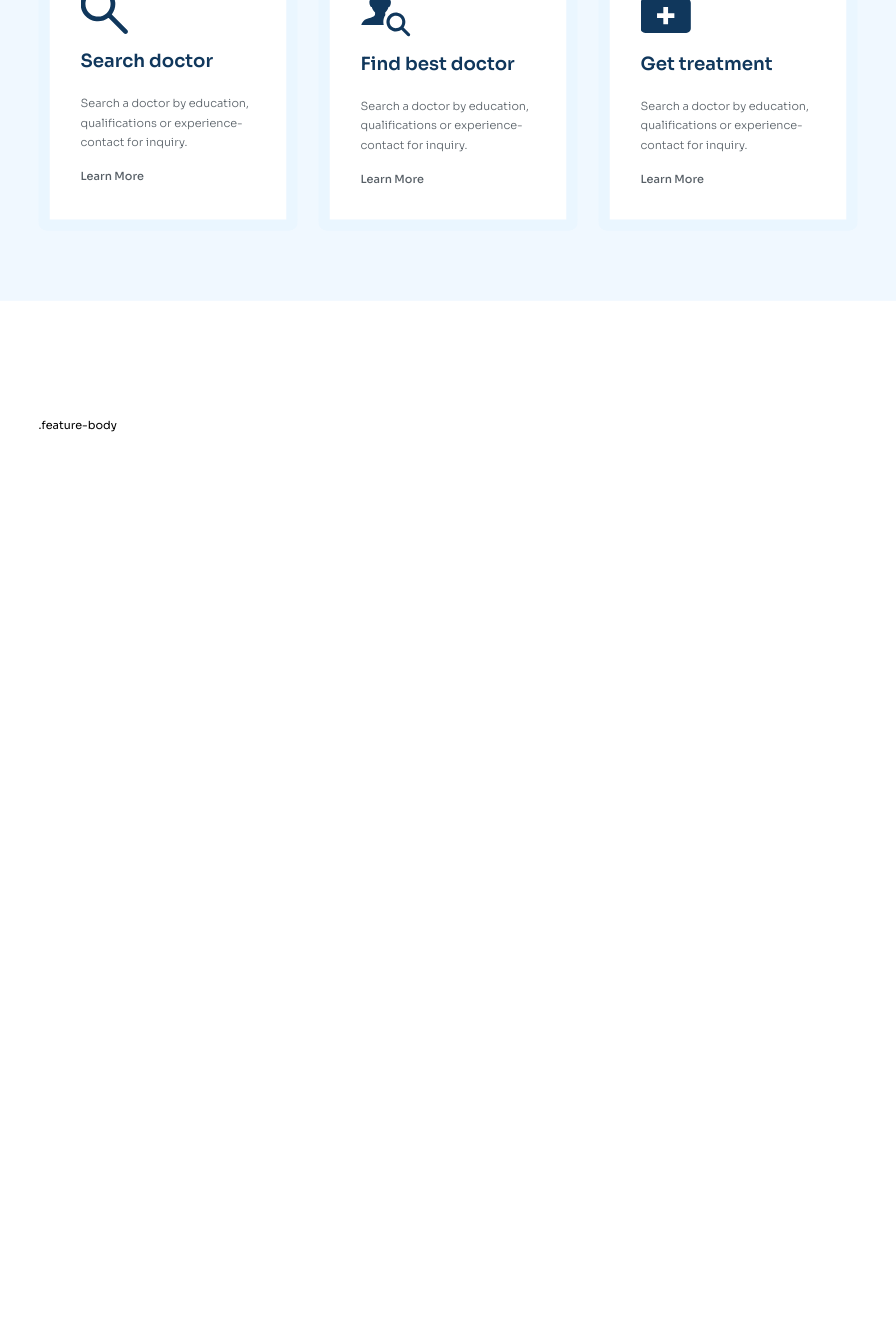
Repository: han2003dz/f8-project-03
Page: index.html
An editor plug-in stored every save of this project. The page is shown before and after the next save, followed by the edit.
The browser window is 1280 px wide. The pictures show the part of the page from y = 2274 to 4194 px (the page is 6000 px tall), at 70% of full size.

Above is the page before, as saved 2023-05-06 21:46:01.

### index.html
<!DOCTYPE html>
<html lang="en">

<head>
    <meta charset="UTF-8">
    <meta http-equiv="X-UA-Compatible" content="IE=edge">
    <meta name="viewport" content="width=device-width, initial-scale=1.0">
    <title>Shine Smile</title>
    <!-- favicon -->
    <link rel="apple-touch-icon" sizes="57x57" href="./assets/favicon/apple-icon-57x57.png">
    <link rel="apple-touch-icon" sizes="60x60" href="./assets/favicon/apple-icon-60x60.png">
    <link rel="apple-touch-icon" sizes="72x72" href="./assets/favicon/apple-icon-72x72.png">
    <link rel="apple-touch-icon" sizes="76x76" href="./assets/favicon/apple-icon-76x76.png">
    <link rel="apple-touch-icon" sizes="114x114" href="./assets/favicon/apple-icon-114x114.png">
    <link rel="apple-touch-icon" sizes="120x120" href="./assets/favicon/apple-icon-120x120.png">
    <link rel="apple-touch-icon" sizes="144x144" href="./assets/favicon/apple-icon-144x144.png">
    <link rel="apple-touch-icon" sizes="152x152" href="./assets/favicon/apple-icon-152x152.png">
    <link rel="apple-touch-icon" sizes="180x180" href="./assets/favicon/apple-icon-180x180.png">
    <link rel="icon" type="image/png" sizes="192x192" href="./assets/favicon/android-icon-192x192.png">
    <link rel="icon" type="image/png" sizes="32x32" href="./assets/favicon/favicon-32x32.png">
    <link rel="icon" type="image/png" sizes="96x96" href="./assets/favicon/favicon-96x96.png">
    <link rel="icon" type="image/png" sizes="16x16" href="./assets/favicon/favicon-16x16.png">
    <link rel="manifest" href="./assets/favicon/manifest.json">
    <meta name="msapplication-TileColor" content="#ffffff">
    <meta name="msapplication-TileImage" content="./assets/favicon/ms-icon-144x144.png">
    <meta name="theme-color" content="#ffffff">
    <!-- embed font -->
    <link rel="preconnect" href="https://fonts.googleapis.com">
    <link rel="preconnect" href="https://fonts.gstatic.com" crossorigin>
    <link href="https://fonts.googleapis.com/css2?family=Sora:wght@300;400;500;600;700&display=swap" rel="stylesheet">
    <!-- my css -->
    <link rel="stylesheet" href="/assets/css/reset.css">
    <link rel="stylesheet" href="/assets/css/style.css">
</head>

<body style="height: 6000px;">
    <header class="header">
        <div class="container">
            <!-- nav -->
            <div class="navigation">
                <a href="#!">
                    <div class="logo">
                        <span class="logo__circle"></span>
                        <span class="logo__text">
                            <span class="logo__brand">shine</span>
                            <span class="logo__brand logo__brand--small">smile</span>
                        </span>
                    </div>
                </a>
                <nav class="navbar">
                    <ul class="nav__list">
                        <li class="nav__item">
                            <a href="#!" class="nav__link nav__link--active">Home</a>
                        </li>
                        <li class="nav__item">
                            <a href="#!" class="nav__link">Services</a>
                        </li>
                        <li class="nav__item">
                            <a href="#!" class="nav__link">About</a>
                        </li>
                        <li class="nav__item">
                            <a href="#!" class="nav__link">Doctors</a>
                        </li>
                    </ul>
                </nav>
                <!-- action -->
                <div class="header-action">
                    <a href="#!" class="header-action__login">Log In</a>
                    <button href="#!" class="header-action__sign-up btn">Sign Up</button>
                </div>
            </div>
            <!-- hero -->
            <section class="hero">
                <!-- hero content -->
                <div class="hero__content">
                    <h1 class="hero__heading">Exceptional dental care for all ages.</h1>
                    <p class="hero__desc">Exceptional dental care for all ages. Your great smile begins with a great
                        dentist.</p>
                    <div class="hero__row">
                        <a href="#!" class="btn hero__btn">Book Online</a>
                        <span class="hero__phone">or call (123) 456-7890</span>
                    </div>
                </div>
                <div class="hero__media">
                    <figure class="hero__images">
                        <img src="./assets/img/img1__hero.jpg" alt="" class="hero__img">
                        <img src="./assets/img/img2__hero.jpg" alt="" class="hero__img">
                    </figure>
                </div>

            </section>
        </div>
    </header>
    <main>
        <!-- service -->
        <div class="service">
            <div class="container">
                <h2 class="section-heading">Our services</h2>
                <p class="section-desc">Exceptional dental care for all ages. Your great smile begins with a great
                    dentist.</p>
                <div class="service__row">
                    <figure>
                        <img src="./assets/img/service-img3.jpg" alt="" class="service__img">
                    </figure>
                    <div>
                        <div class="service__list">
                            <!-- item 1 -->
                            <section class="service-item">
                                <div class="service-item__icon">
                                    <!-- icon -->
                                    <svg width="22" height="24" viewBox="0 0 22 24" fill="none"
                                        xmlns="http://www.w3.org/2000/svg">
                                        <path
                                            d="M20.3598 2.63964C17.9506 -0.556131 14.2772 -0.568132 11.2481 1.10682C11.001 1.24657 10.7219 1.31411 10.4406 1.30222C10.1592 1.29033 9.88633 1.19945 9.65105 1.03931C8.49552 0.245717 7.29036 -0.316477 5.13904 0.207462C0.623408 1.3071 0 4.90379 0 8.99816C0.0797353 12.1602 0.500857 15.3032 1.25551 18.3683C2.11836 22.0168 3.90382 24 5.43354 24C6.96326 24 7.00963 22.2204 7.00963 20.8016C7.00963 19.2009 7.39505 14.8009 10.8642 14.8009C13.5317 14.8009 14.3333 18.4013 14.3333 20.8016C14.3329 23.095 15.1722 24 16.6628 24C19.5267 24 20.9796 15.3938 21.3719 13.1237C21.7642 10.8535 22.9882 6.12569 20.3598 2.63964Z"
                                            fill="currentColor" />
                                    </svg>
                                </div>
                                <div class="service-item__body">
                                    <h3 class="service-item__heading">Oral Surgery</h3>
                                    <p class="service-item__desc">
                                        Everything you expect and then some. Cleanings, fillings, and x-rays.
                                    </p>
                                </div>
                            </section>
                            <!-- item 2 -->
                            <section class="service-item">
                                <div class="service-item__icon">
                                    <!-- icon -->
                                    <svg width="22" height="24" viewBox="0 0 22 24" fill="none"
                                        xmlns="http://www.w3.org/2000/svg">
                                        <path
                                            d="M20.3598 2.63964C17.9506 -0.556131 14.2772 -0.568132 11.2481 1.10682C11.001 1.24657 10.7219 1.31411 10.4406 1.30222C10.1592 1.29033 9.88633 1.19945 9.65105 1.03931C8.49552 0.245717 7.29036 -0.316477 5.13904 0.207462C0.623408 1.3071 0 4.90379 0 8.99816C0.0797353 12.1602 0.500857 15.3032 1.25551 18.3683C2.11836 22.0168 3.90382 24 5.43354 24C6.96326 24 7.00963 22.2204 7.00963 20.8016C7.00963 19.2009 7.39505 14.8009 10.8642 14.8009C13.5317 14.8009 14.3333 18.4013 14.3333 20.8016C14.3329 23.095 15.1722 24 16.6628 24C19.5267 24 20.9796 15.3938 21.3719 13.1237C21.7642 10.8535 22.9882 6.12569 20.3598 2.63964Z"
                                            fill="currentColor" />
                                    </svg>
                                </div>
                                <div class="service-item__body">
                                    <h3 class="service-item__heading">Wisdom Teeth Removal</h3>
                                    <p class="service-item__desc">
                                        Everything you expect and then some. Cleanings, fillings, and x-rays.
                                    </p>
                                </div>
                            </section>
                            <!-- item 3 -->
                            <section class="service-item">
                                <div class="service-item__icon">
                                    <!-- icon -->
                                    <svg width="22" height="24" viewBox="0 0 22 24" fill="none"
                                        xmlns="http://www.w3.org/2000/svg">
                                        <path
                                            d="M20.3598 2.63964C17.9506 -0.556131 14.2772 -0.568132 11.2481 1.10682C11.001 1.24657 10.7219 1.31411 10.4406 1.30222C10.1592 1.29033 9.88633 1.19945 9.65105 1.03931C8.49552 0.245717 7.29036 -0.316477 5.13904 0.207462C0.623408 1.3071 0 4.90379 0 8.99816C0.0797353 12.1602 0.500857 15.3032 1.25551 18.3683C2.11836 22.0168 3.90382 24 5.43354 24C6.96326 24 7.00963 22.2204 7.00963 20.8016C7.00963 19.2009 7.39505 14.8009 10.8642 14.8009C13.5317 14.8009 14.3333 18.4013 14.3333 20.8016C14.3329 23.095 15.1722 24 16.6628 24C19.5267 24 20.9796 15.3938 21.3719 13.1237C21.7642 10.8535 22.9882 6.12569 20.3598 2.63964Z"
                                            fill="currentColor" />
                                    </svg>
                                </div>
                                <div class="service-item__body">
                                    <h3 class="service-item__heading">Preventative Dentistry</h3>
                                    <p class="service-item__desc">
                                        Everything you expect and then some. Cleanings, fillings, and x-rays.
                                    </p>
                                </div>
                            </section>
                        </div>
                        <a href="" class="btn service__btn">All Services</a>
                    </div>
                </div>
            </div>
        </div>
        <section class="work">
            <div class="container">
                <h2 class="section-heading heading__work">How it works</h2>
                <p class="section-desc desc__work">Exceptional dental care for all ages. Your great smile begins with a
                    great dentist.
                </p>
                <div class="work__list">
                    <!-- item 1 -->
                    <section class="work-item">
                        <img src="./assets/icon/search.svg" alt="" class="work-item__icon">
                        <h3 class="work-item__heading">Search doctor</h3>
                        <p class="work-item__desc">Search a doctor by education, qualifications or experience-contact
                            for inquiry.
                        </p>
                        <a href="#!" class="learn-more">Learn More</a>
                    </section>
                    <!-- item 2 -->
                    <section class="work-item">
                        <img src="./assets/icon/search-user.svg" alt="" class="work-item__icon">
                        <h3 class="work-item__heading">Find best doctor</h3>
                        <p class="work-item__desc">Search a doctor by education, qualifications or experience-contact
                            for inquiry.
                        </p>
                        <a href="#!" class="learn-more">Learn More</a>
                    </section>
                    <!-- item 3 -->
                    <section class="work-item">
                        <img src="./assets/icon/bag.svg" alt="" class="work-item__icon">
                        <h3 class="work-item__heading">Get treatment</h3>
                        <p class="work-item__desc">Search a doctor by education, qualifications or experience-contact
                            for inquiry.
                        </p>
                        <a href="#!" class="learn-more">Learn More</a>
                    </section>
                </div>
            </div>
        </section>
        <!-- feature -->
        <section class="feature">
            <div class="container">
                .feature-body
            </div>
        </section>
    </main>
    <script src="./assets/app.js"></script>
</body>

</html>

### assets/css/style.css
* {
  box-sizing: border-box;
}
html {
  font-size: 62.5%;
}
body {
  font-size: 1.6rem;
  font-family: "Sora", sans-serif;
}
/* common */
.container {
  width: 1170px;
  max-width: calc(100% - 48px);
  margin: 0 auto;
}
.navigation {
  display: flex;
  justify-content: space-between;
  align-items: center;
}
a {
  text-decoration: none;
}
:root {
  --header-bg: #10375c;
  --primary-color: #2e80ce;
  --height-btn: 60px;
}
.nav__link,
.header-action__login {
  padding: 5px 14px;
  font-size: 1.6rem;
  font-weight: 300;
  color: #c9d2da;
}
.header-action__login:hover,
.nav__link:hover,
.nav__link--active {
  text-shadow: 1px 0 0 #fff;
}
.btn {
  display: inline-block;
  min-width: 205px;
  height: var(--height-btn);
  padding: 0 20px;
  border: 1px solid var(--primary-color);
  line-height: var(--height-btn);
  border-radius: 999px;
  font-weight: 400;
  font-size: 1.6rem;
  text-align: center;
  color: #fff;
  background: var(--primary-color);
}
.btn:hover {
  opacity: 0.9;
  cursor: pointer;
}
/* header */
.header {
  padding-top: 30px;
  padding-bottom: 100px;
  min-height: 100vh;
  background: var(--header-bg);
}

.logo {
  /* 1em = 10px */
  font-size: 1rem;
  position: relative;
  display: inline-flex;
  align-items: center;
}
.logo__circle::before,
.logo__circle::after {
  display: inline-block;
  content: "";
  border-radius: 50%;
}
.logo__circle::before {
  width: 3em;
  height: 3em;
  background: var(--primary-color);
}
.logo__circle::after {
  width: 1.6em;
  height: 1.6em;
  background: #fff;
  position: absolute;
  top: 1.1em;
  left: 1.1em;
}
.logo__text {
  margin-left: 0.6em;
  text-align: right;
  line-height: 1.6em;
}
.logo__brand {
  display: block;
  font-weight: 400;
  font-size: 1.8em;
  color: #fff;
}
.logo__brand--small {
  font-size: 1.2em;
  font-weight: 300;
}
/* navbar */
.navbar .nav__list {
  display: flex;
}
.nav__link {
  padding: 5px 21px;
}
.nav__link--active {
  pointer-events: none;
}
.nav__link--active::before {
  position: relative;
  left: -8px;
  bottom: 2px;
  content: "";
  display: inline-block;
  width: 6px;
  height: 6px;
  background: #fff;
  border-radius: 50%;
}
/* header-action */
.header-action {
  display: flex;
  align-items: center;
}
.header-action__login {
  margin-right: 7px;
}
.header-action__sign-up {
  min-width: 120px;
}
/* hero */
.hero {
  display: flex;
  margin-top: 76px;
  align-items: center;
}
.hero__content {
  /* giải quyết vấn đề co nhỏ */
  flex-shrink: 0;
  width: 44%;
}
.hero__media {
  flex-grow: 1;
}
.hero__heading {
  font-weight: 600;
  font-size: 7rem;
  line-height: 1.14;
  /* or 114% */
  letter-spacing: -0.02em;
  color: #ffffff;
}
.hero__desc {
  font-weight: 300;
  font-size: 1.8rem;
  line-height: 1.67;
  /* or 167% */
  color: #c9d2da;
  margin-top: 22px;
  margin-bottom: 38px;
}
.hero__phone {
  font-weight: 400;
  font-size: 1.8rem;
  line-height: 1.67;
  color: #fff;
}
.hero__row {
  display: flex;
  align-items: center;
  gap: 38px;
}
.hero__images {
  display: flex;
  align-items: center;
  justify-content: flex-end;
}
.hero__img {
  width: 330px;
  height: 500px;
  border-radius: 6px;
  object-fit: cover;
}
.hero__img:last-child {
  width: 210px;
  height: 400px;
}
/* service */
.service {
  padding: 170px 0;
}
.section-heading,
.section-desc {
  text-align: center;
}
.section-heading {
  font-weight: 600;
  font-size: 5rem;
  line-height: 1.2;
  /* identical to box height, or 120% */
  letter-spacing: -0.02em;
  color: #10375c;
  margin-bottom: 18px;
}
.section-desc {
  font-weight: 300;
  font-size: 1.8rem;
  line-height: 1.67;
  /* or 167% */
  margin: 0 auto;
  color: #575f66;
  max-width: 468px;
}
.service__row {
  margin-top: 70px;
  display: flex;
  justify-content: space-between;
  align-items: center;
}
.service__img {
  width: 570px;
  height: 570px;
  object-fit: cover;
  border-radius: 12px;
}
.service-item {
  display: flex;
  max-width: 420px;
  height: 128px;
  background: #ffffff;
  border-radius: 10px;
  align-items: center;
}
.service-item:hover {
  box-shadow: 0px 14px 28px rgba(0, 0, 0, 0.05);
  border-radius: 10px;
  cursor: pointer;
  position: relative;
}
.service-item:hover .service-item__icon {
  background: #2e80ce;
  box-shadow: 0px 8px 16px rgba(40, 155, 222, 0.15);
  color: #fff;
}
.service-item__heading {
  font-weight: 600;
  font-size: 1.8rem;
  line-height: 1.27;
  /* identical to box height */
  color: #10375c;
  margin-bottom: 8px;
}
.service-item__desc {
  font-weight: 300;
  font-size: 1.6rem;
  line-height: 1.75;
  /* or 175% */
  color: #575f66;
  max-width: 308px;
}
.service-item__icon {
  display: flex;
  justify-content: center;
  align-items: center;
  margin-right: 19px;
  margin-left: 22px;
  flex-shrink: 0;
  width: 60px;
  height: 60px;
  border-radius: 50%;
  background: #eff6fd;
  box-shadow: 0px 8px 16px rgba(0, 0, 0, 0.05);
  color: #10375c;
}
.service-item__body {
  margin-left: 20px;
}
.service__btn {
  margin-top: 55px;
}
/* work */
.work {
  padding: 100px 0;
  background: #f0f8ff;
}
.heading__work,
.desc__work {
  text-align: left;
  margin: 0;
}
.desc__work {
  margin-top: 18px;
}
.work__list {
  display: grid;
  grid-template-columns: repeat(3, 1fr);
  margin-top: 70px;
  column-gap: 30px;
}
.work-item {
  padding: 44px;
  border-radius: 12px;
  border: 16px solid #eaf6ff;
  background: #fff;
  transition: 0.25s;
}
.work-item:hover {
  border: 16px solid var(--primary-color);
  transform: translateY(-16px);
}
.work-item__heading {
  margin-top: 18px;
  font-weight: 600;
  font-size: 2.6rem;
  line-height: 1.38;
  /* identical to box height, or 138% */
  color: var(--header-bg);
}
.work-item__desc,
.learn-more {
  margin-top: 28px;
  font-weight: 300;
  font-size: 16px;
  line-height: 28px;
  /* or 175% */
  color: #575f66;
}
.learn-more {
  display: inline-block;
  margin-top: 20px;
  font-weight: 500;
}
.learn-more:hover {
  font-weight: 600;
  color: #2e80ce;
  transition: 0.2s;
  transform: translateY(-3px);
}

/* feature */
.feature {
  margin-top: 85px;
  padding: 85px 0;
}
.feature__media {
  width: 48%;
}
.feature__images {
  position: relative;
  padding-bottom: 121px;
}
.feature__img {
  width: 512px;
  height: 370px;
  border-radius: 6px;
  object-fit: cover;
}
.feature__img:last-child {
  width: 332px;
  position: absolute;
  right: 0;
  bottom: 0;
}

### assets/app.js
const navItems = document.querySelectorAll(".nav__link");
function handleClickNav(event){
    [...navItems].forEach(item => item.classList.remove("nav__link--active"));
    event.target.classList.add("nav__link--active");
    console.log(event.target);
}
[...navItems].forEach(item => item.addEventListener("click", handleClickNav));

Loaded but not shown: assets/css/reset.css (common file)

After the next save:
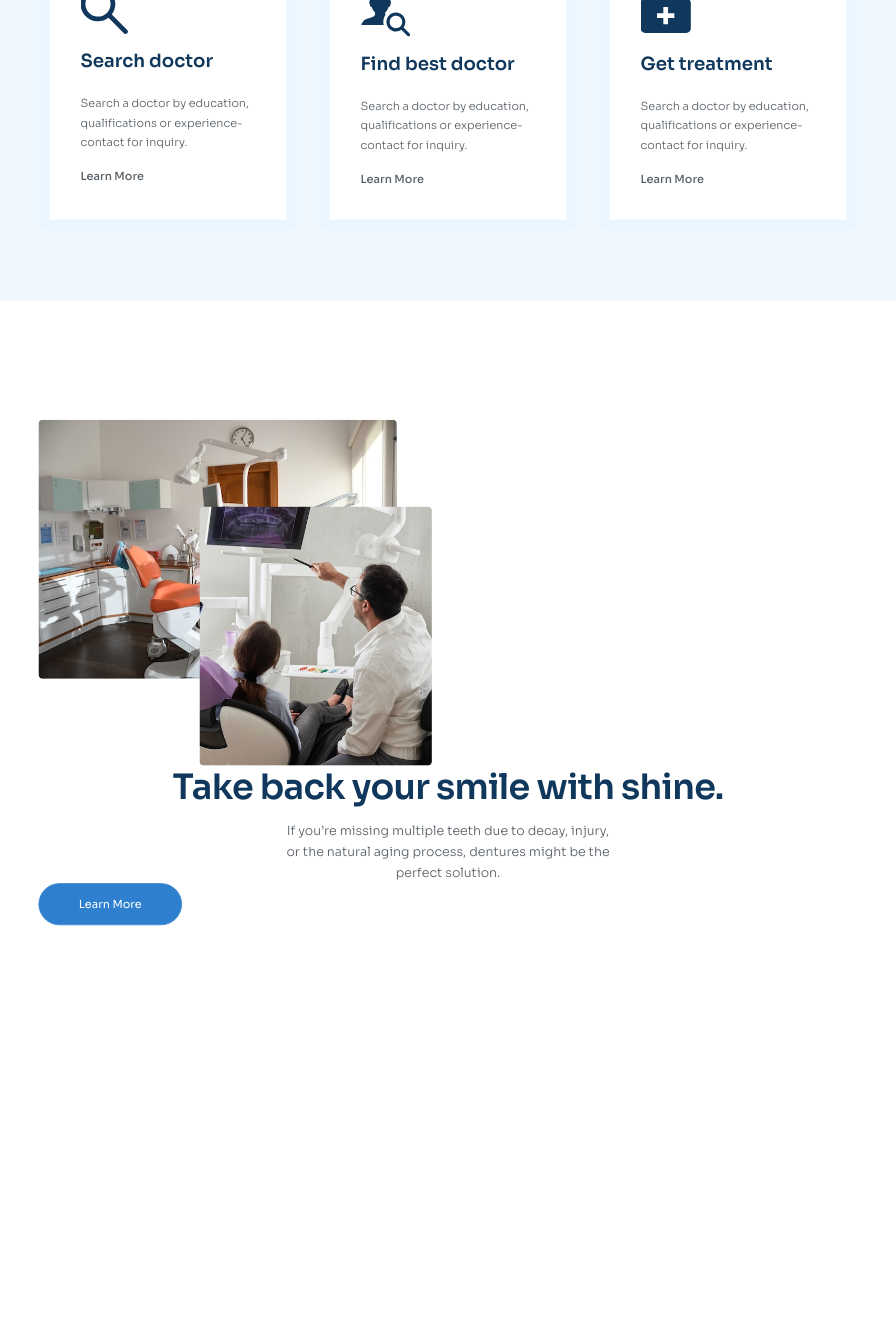
Saved 5 s later.
--- a/index.html
+++ b/index.html
@@ -204,7 +204,21 @@
         <!-- feature -->
         <section class="feature">
             <div class="container">
-                .feature-body
+                <div class="feature-body">
+                    <div class="feature__media">
+                        <figure class="feature__images">
+                            <img src="./assets/img/feature-img1.jpg" alt="" class="feature__img">
+                            <img src="./assets/img/feature-img2.jpg" alt="" class="feature__img">
+                        </figure>
+                    </div>
+                    <section class="feature__content">
+                        <h2 class="section-heading">Take back your smile with shine.</h2>
+                        <p class="section-desc">If you’re missing multiple teeth due to decay, injury, or the natural aging
+                            process, dentures might be the perfect solution.
+                        </p>
+                        <a href="#!" class="btn">Learn More</a>
+                    </section>
+                </div>
             </div>
         </section>
     </main>
